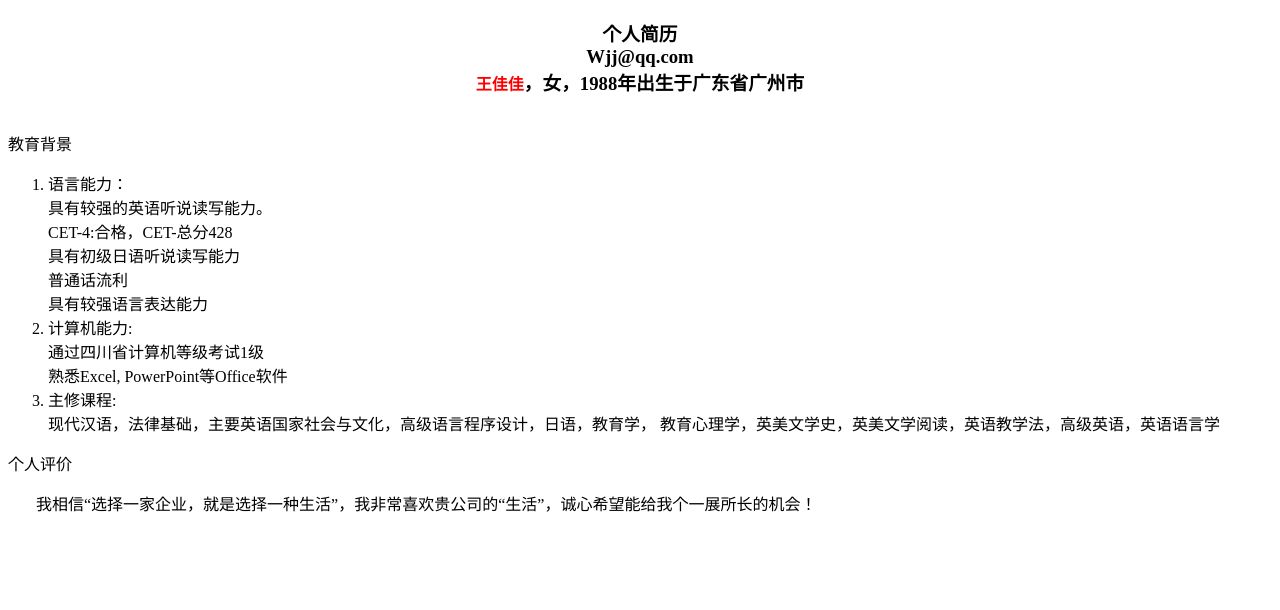
Repository: sheep9590/Test
Page: http://localhost/Prj03/
These files come from the project's save history. The page is drawn as it stood at one moment and after the next save; the edit follows.
The browser window is 1280 px wide. The pictures show the whole page.
The page is served by Tomcat 9.

Above is the page before, as saved 2021-09-02 15:41:24.

### eclipse-workspace/Prj03/WebRoot/index.jsp
<%@ page language="java" contentType="text/html; charset=UTF-8"
    pageEncoding="UTF-8"%>
<!DOCTYPE html>
<html>
<head>
<meta charset="UTF-8">
<title>我的第一个 HTML 页面</title>
</head>
<body>
<h3 align="center">个人简历<br>
Wjj@qq.com<br>
<font color="#FF0000" face="仿宋_GB2312" size="3"><b>王佳佳</b></font>，女，1988年出生于广东省广州市</h3><br>
教育背景
<ol>
<li>语言能力：<br>具有较强的英语听说读写能力。<br>CET-4:合格，CET-总分428<br>具有初级日语听说读写能力<br>普通话流利<br>
具有较强语言表达能力 </li>
<li>计算机能力:<br>通过四川省计算机等级考试1级<br>熟悉Excel, PowerPoint等Office软件</li>
<li>主修课程:<br>现代汉语，法律基础，主要英语国家社会与文化，高级语言程序设计，日语，教育学， 教育心理学，英美文学史，英美文学阅读，英语教学法，高级英语，英语语言学</li>
</ol>
个人评价
<p>&nbsp;&nbsp;&nbsp;&nbsp;&nbsp;&nbsp;&nbsp;我相信“选择一家企业，就是选择一种生活”，我非常喜欢贵公司的“生活”，诚心希望能给我个一展所长的机会！</p>
</body>
</html>

After the next save:
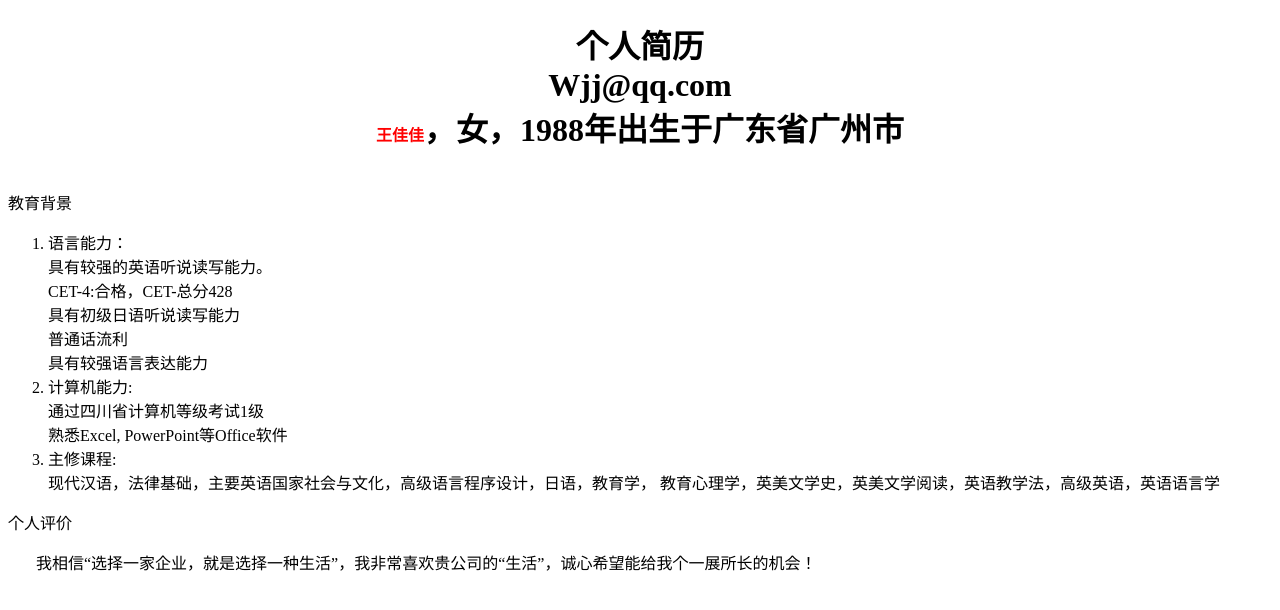
Saved 108 s later.
--- a/eclipse-workspace/Prj03/WebRoot/index.jsp
+++ b/eclipse-workspace/Prj03/WebRoot/index.jsp
@@ -7,9 +7,9 @@
 <title>我的第一个 HTML 页面</title>
 </head>
 <body>
-<h3 align="center">个人简历<br>
+<h1 align="center">个人简历<br>
 Wjj@qq.com<br>
-<font color="#FF0000" face="仿宋_GB2312" size="3"><b>王佳佳</b></font>，女，1988年出生于广东省广州市</h3><br>
+<font color="#FF0000" face="仿宋_GB2312" size="3"><b>王佳佳</b></font>，女，1988年出生于广东省广州市</h1><br>
 教育背景
 <ol>
 <li>语言能力：<br>具有较强的英语听说读写能力。<br>CET-4:合格，CET-总分428<br>具有初级日语听说读写能力<br>普通话流利<br>
